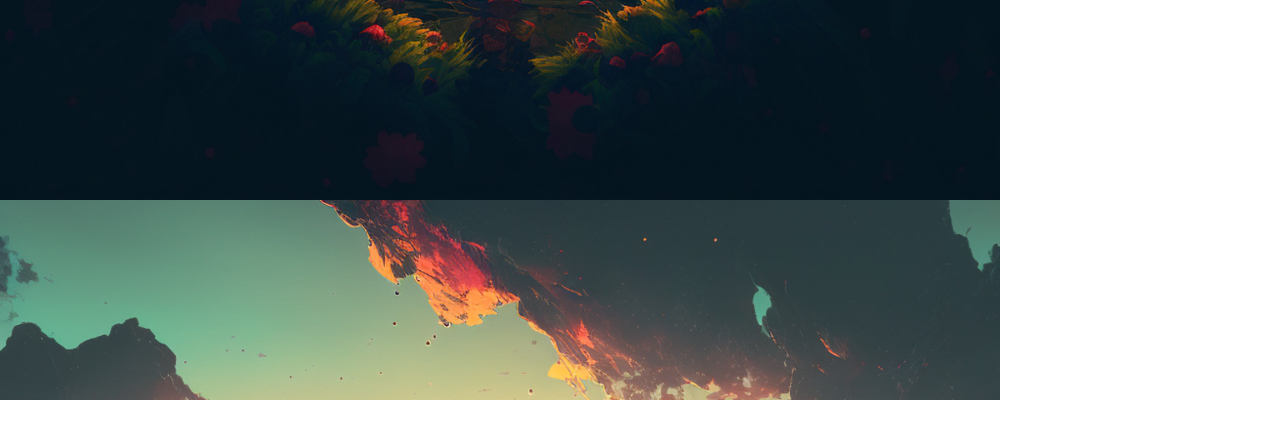
Repository: TheBiggestFatCat/myblog-frontend
Page: /
An editor plug-in stored every save of this project. The page is shown before and after the next save, followed by the edit.
The browser window is 1280 px wide. The pictures show the whole page.
The project was rebuilt for these pictures with package versions that can differ from the ones it lists, and the page was loaded fresh each time. Also part of the build but not shown: vite.config.ts.

Above is the page before, as saved 2023-02-26 08:14:23.

After the next save:
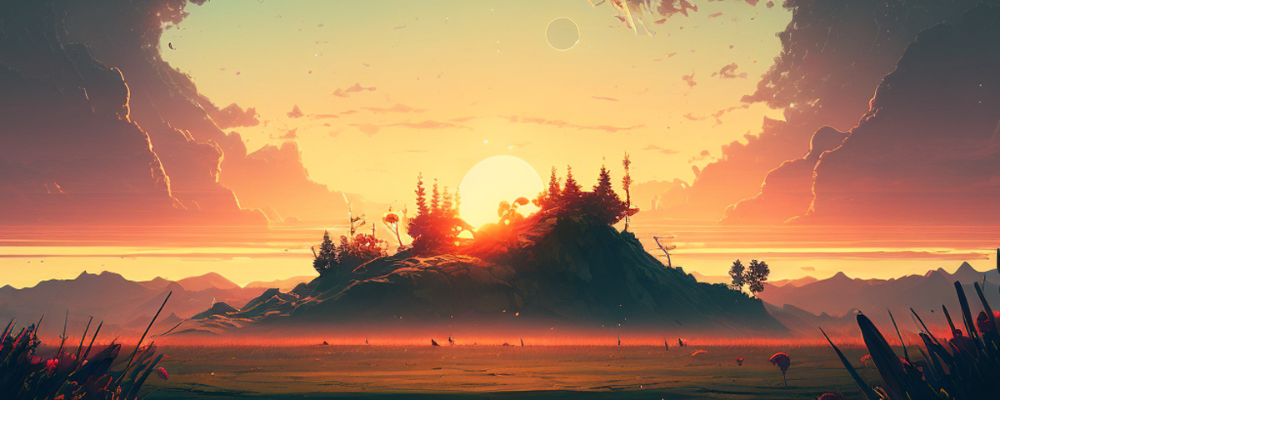
Saved 6 s later.
--- a/src/components/Home/Home.vue
+++ b/src/components/Home/Home.vue
@@ -13,6 +13,6 @@
   height: 400px;
   background-image: url(@/assets/pics/home1.jpg);
   background-size: cover;
-  background-position: 0 200px;
+  background-position: 0 -200px;
 }
 </style>
